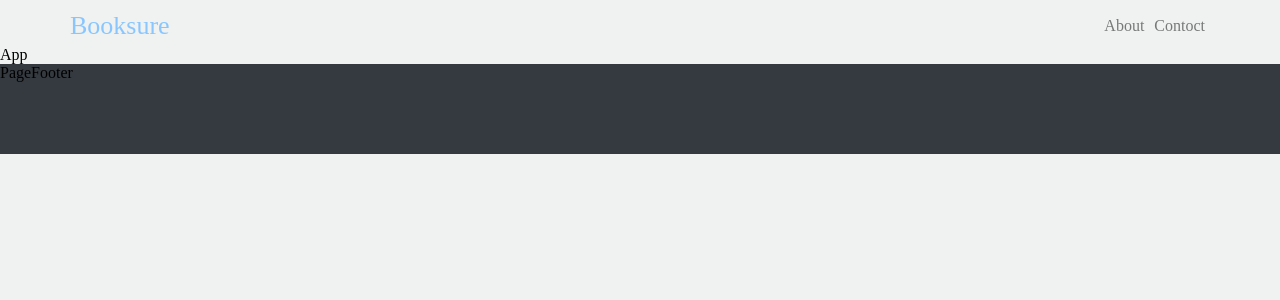
Repository: changesxxx/searchBooks
Page: /
An editor plug-in stored every save of this project. The page is shown before and after the next save, followed by the edit.
The browser window is 1280 px wide. The pictures show the whole page.
The project was rebuilt for these pictures with package versions that can differ from the ones it lists, and the page was loaded fresh each time. Also part of the build but not shown: craco.config.js.

Above is the page before, as saved 2024-06-24 11:58:28.

After the next save:
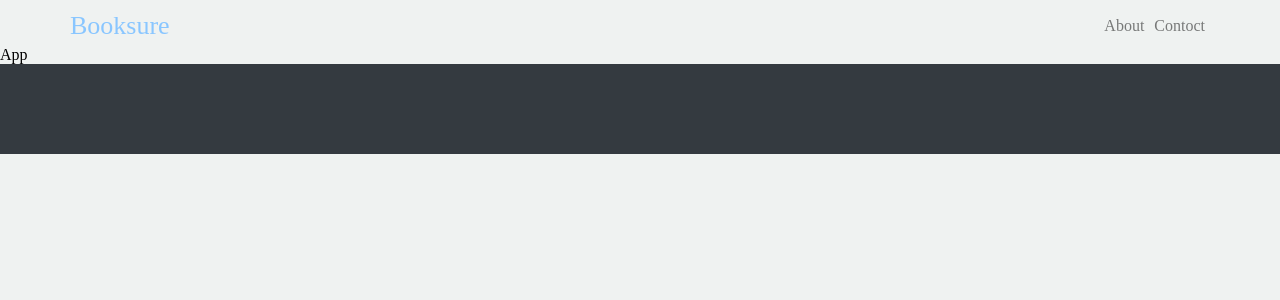
Saved 20 s later.
--- a/src/components/pageFooter/PageFooter.jsx
+++ b/src/components/pageFooter/PageFooter.jsx
@@ -3,7 +3,11 @@
 import FooterWrapper from './style'
 
 const PageFooter = memo(() => {
-  return <FooterWrapper>PageFooter</FooterWrapper>
+  return (
+    <FooterWrapper>
+      <div className="content"></div>{' '}
+    </FooterWrapper>
+  )
 })
 
 export default PageFooter
